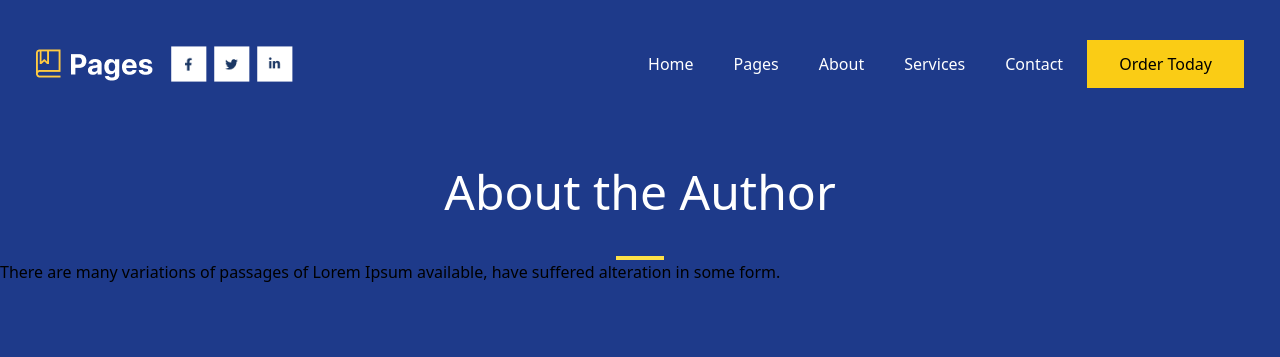
Repository: Godnorg/Class3
Page: index.html
These files come from the project's save history. The page is drawn as it stood at one moment and after a run of saves; the edit follows.
The browser window is 1280 px wide. The pictures show the whole page.
Some web libraries are served in a nearby version.

Above is the page before, as saved 2023-02-18 00:53:56.

After the next 2 saves:
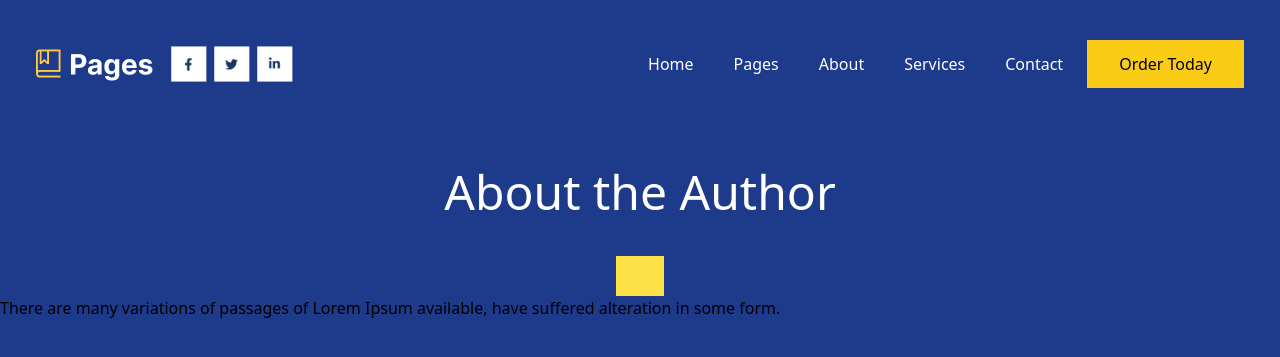
The 2 saves are shown as one change because they came seconds apart.
The last was saved 11 s later.
--- a/index.html
+++ b/index.html
@@ -26,7 +26,7 @@
     </div>
     <h1 class="items-center pt-20 pb-10 text-5xl text-center text-white">About the Author</h1>
         <div
-            class="items-center w-12 h-1 mx-auto text-center bg-yellow-300">
+            class="items-center w-12 h-1 pb-10 mx-auto text-center bg-yellow-300">
         </div>
         <p>There are many variations of passages of Lorem Ipsum available, have suffered alteration in some form.</p>
 

After the 4 saves that followed:
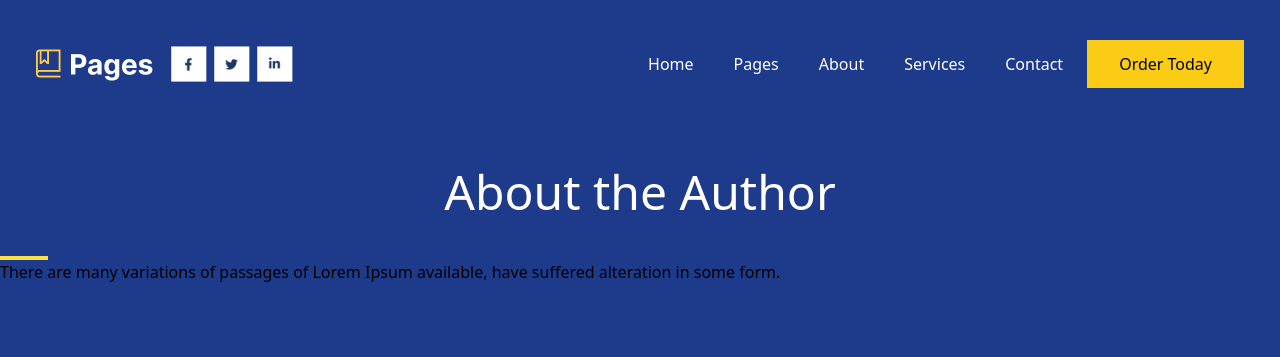
The 4 saves are shown as one change because they came seconds apart.
The last was saved 10 s later.
--- a/index.html
+++ b/index.html
@@ -26,7 +26,7 @@
     </div>
     <h1 class="items-center pt-20 pb-10 text-5xl text-center text-white">About the Author</h1>
         <div
-            class="items-center w-12 h-1 pb-10 mx-auto text-center bg-yellow-300">
+            class="items-center w-12 h-1 text-center bg-yellow-300 mmx-auto">
         </div>
         <p>There are many variations of passages of Lorem Ipsum available, have suffered alteration in some form.</p>
 
